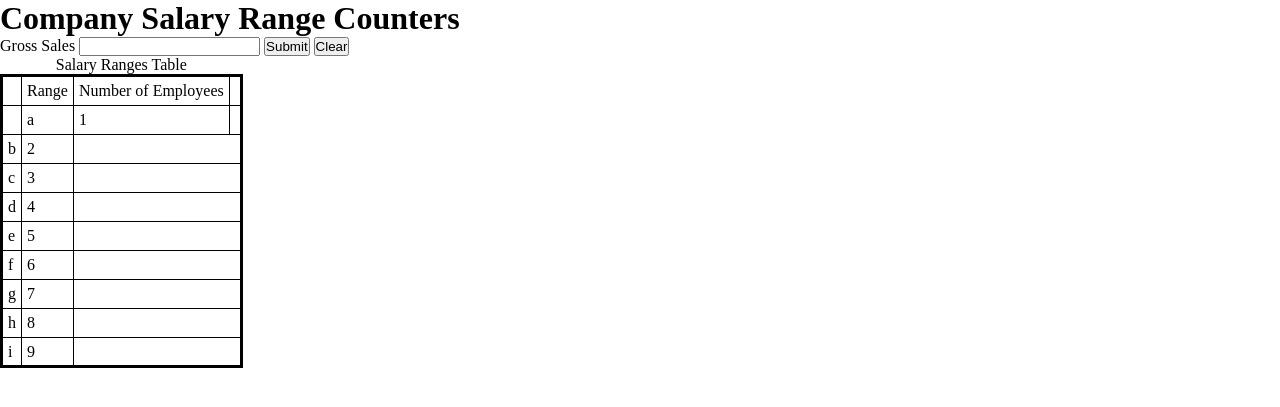
Repository: mlmEFSC21/P17-Sales-Commision
Page: sales.html
These files come from the project's save history. The page is drawn as it stood at one moment and after the next save; the edit follows.
The browser window is 1280 px wide. The pictures show the whole page.

Above is the page before, as saved 2022-03-29 15:11:31.

After the next save:
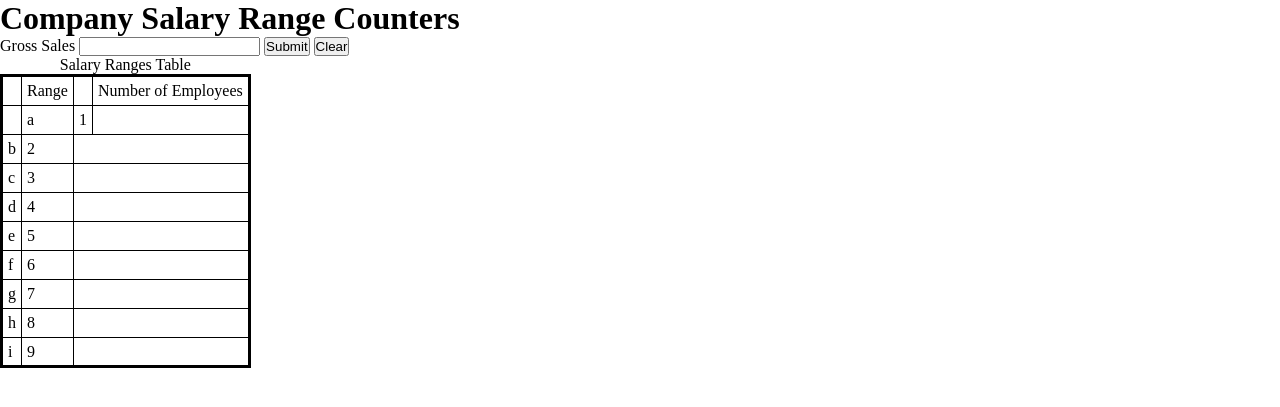
Saved 27 s later.
--- a/sales.html
+++ b/sales.html
@@ -23,9 +23,11 @@
                 <thead>
                     <th>
                         <td>Range</td>
+                    </th>
+                    <th>
                         <td>Number of Employees</td>
+
                     </th>
-                    <th></th>
                 </thead>
                 <tbody>
                     <tr>

After the save that followed:
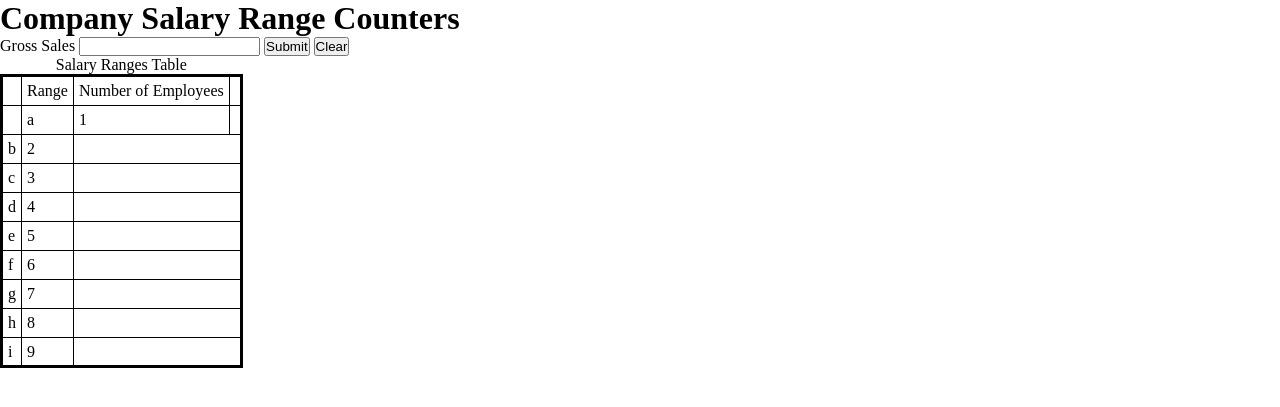
Saved 5 s later.
--- a/sales.html
+++ b/sales.html
@@ -23,9 +23,9 @@
                 <thead>
                     <th>
                         <td>Range</td>
+                        <td>Number of Employees</td>
                     </th>
                     <th>
-                        <td>Number of Employees</td>
 
                     </th>
                 </thead>
